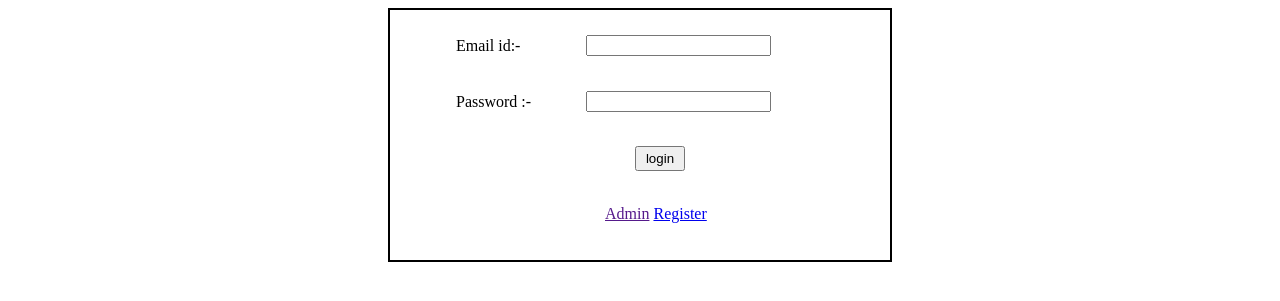
Repository: ShivrajMPujari/ServletApplication
Page: http://localhost/LoginReg/userHome.jsp
The author's editor kept a copy of each file at every save. The page is drawn from the files as they stood at one save, then again after the next save.
The browser window is 1280 px wide. The pictures show the whole page.
The page is served by Tomcat 9.

Above is the page before, as saved 2018-07-10 05:52:14.

After the next save:
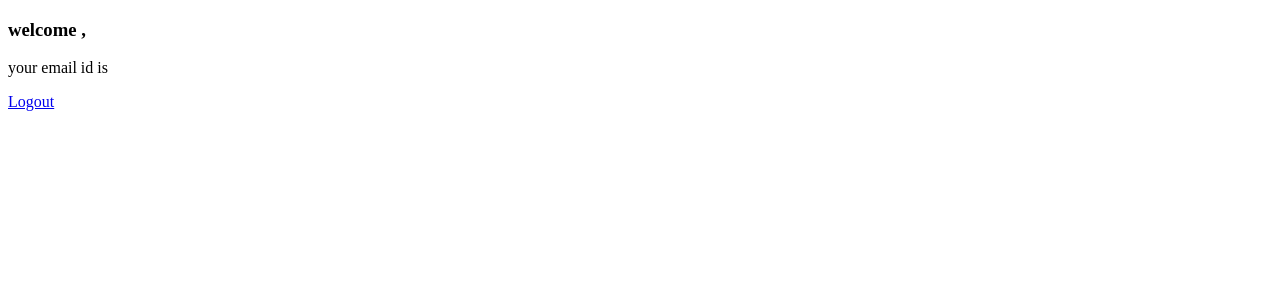
Saved 2 min 59 s later.
--- a/LoginReg/WebContent/userHome.jsp
+++ b/LoginReg/WebContent/userHome.jsp
@@ -11,7 +11,7 @@
 <%
 response.setContentType("text/html");
 Object user=session.getAttribute("user");
-if(user==null){
+if(user!=null){
 	out.print("plz login again");
 	request.getRequestDispatcher("index.html").include(request, response);
 

After the save that followed:
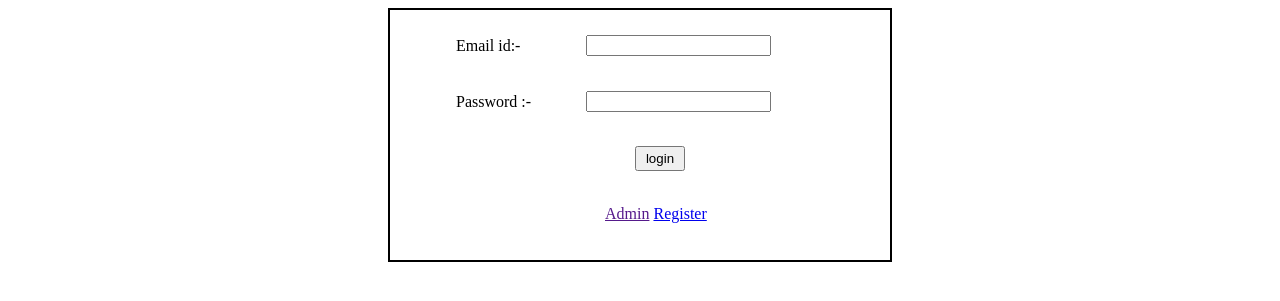
Saved 86 s later.
--- a/LoginReg/WebContent/userHome.jsp
+++ b/LoginReg/WebContent/userHome.jsp
@@ -11,7 +11,7 @@
 <%
 response.setContentType("text/html");
 Object user=session.getAttribute("user");
-if(user!=null){
+if(user==null){
 	out.print("plz login again");
 	request.getRequestDispatcher("index.html").include(request, response);
 
